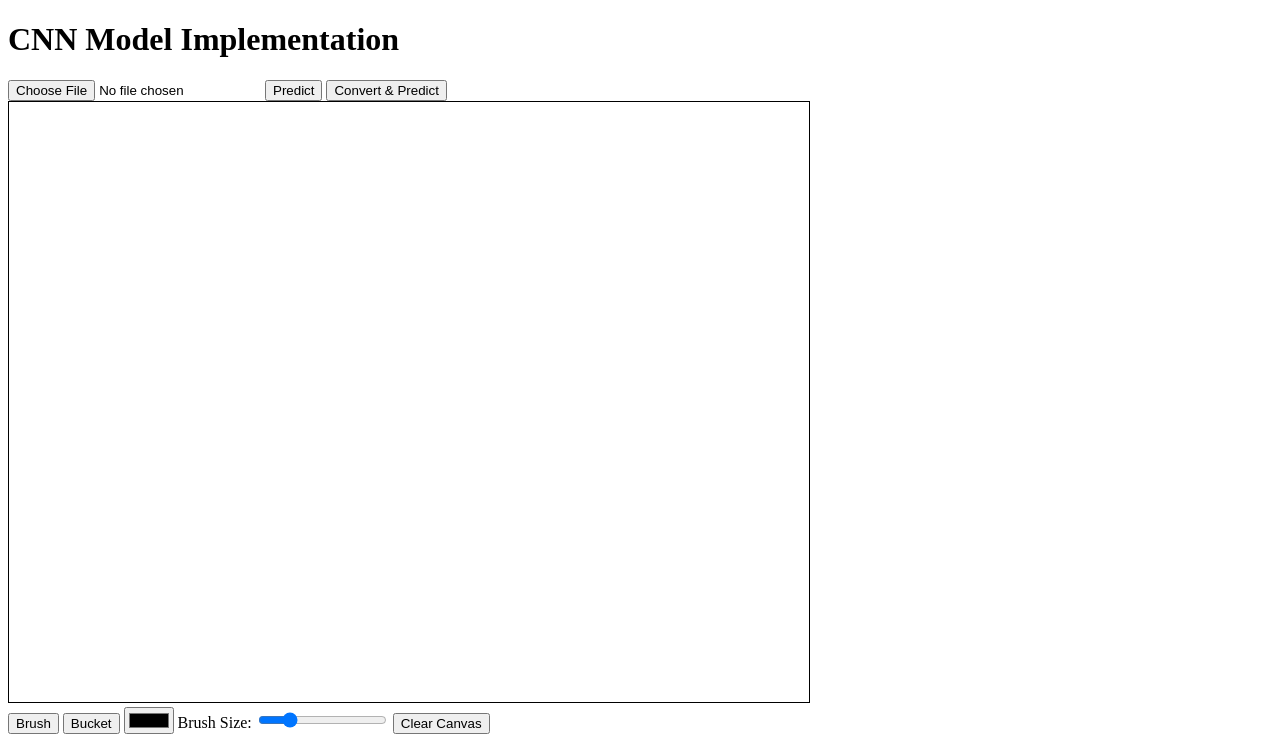
Repository: choobrendan/Flag-Guesser
Page: http://localhost/
An editor plug-in stored every save of this project. The page is shown before and after a run of saves, followed by the edit.
The browser window is 1280 px wide. The pictures show the whole page.
The page is served by the project's application, run on Flask 3 (app.py).

Above is the page before, as saved 2023-08-28 15:31:20.

After the next 2 saves:
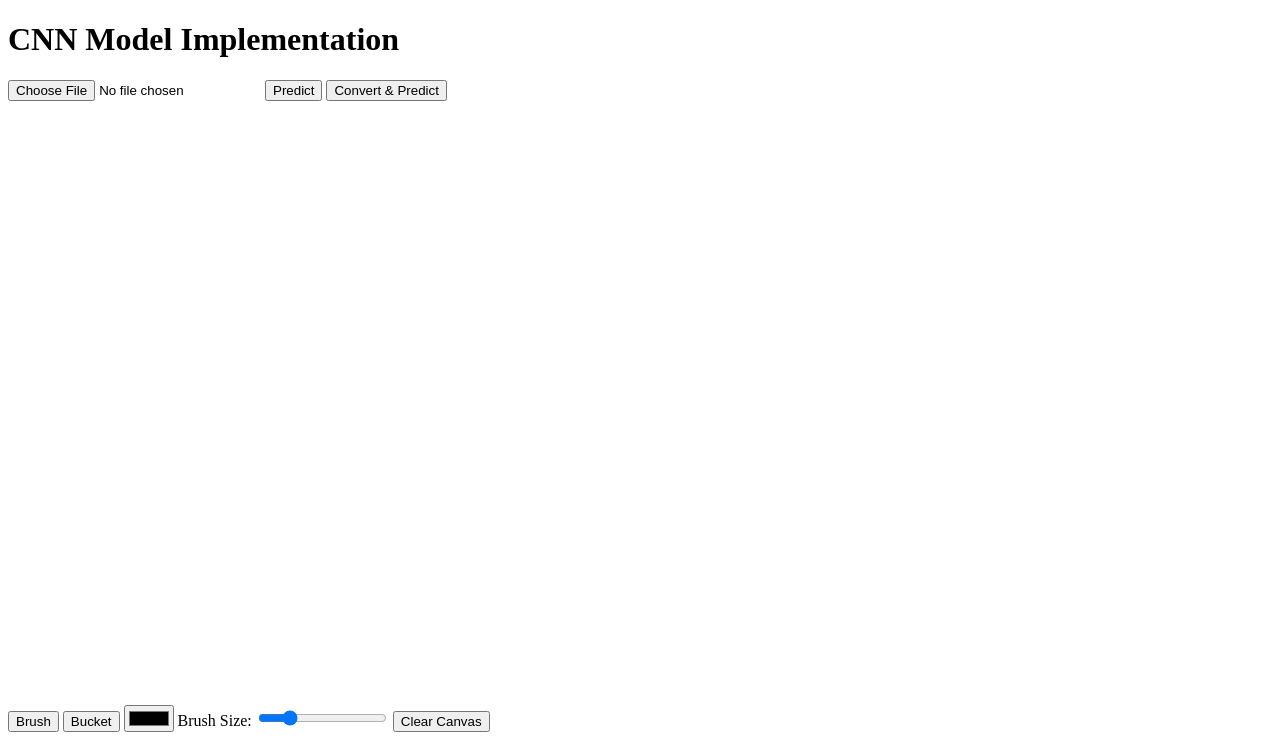
The 2 saves are shown as one change because they came seconds apart.
The last was saved 11 s later.
--- a/templates/index.html
+++ b/templates/index.html
@@ -4,11 +4,6 @@
     <meta charset="UTF-8">
     <meta name="viewport" content="width=device-width, initial-scale=1.0">
     <h1>CNN Model Implementation</h1>
-    <style>
-        canvas {
-            border: 1px solid black;
-        }
-    </style>
     <link rel="stylesheet" href="styles.css">
 </head>
 <body>
